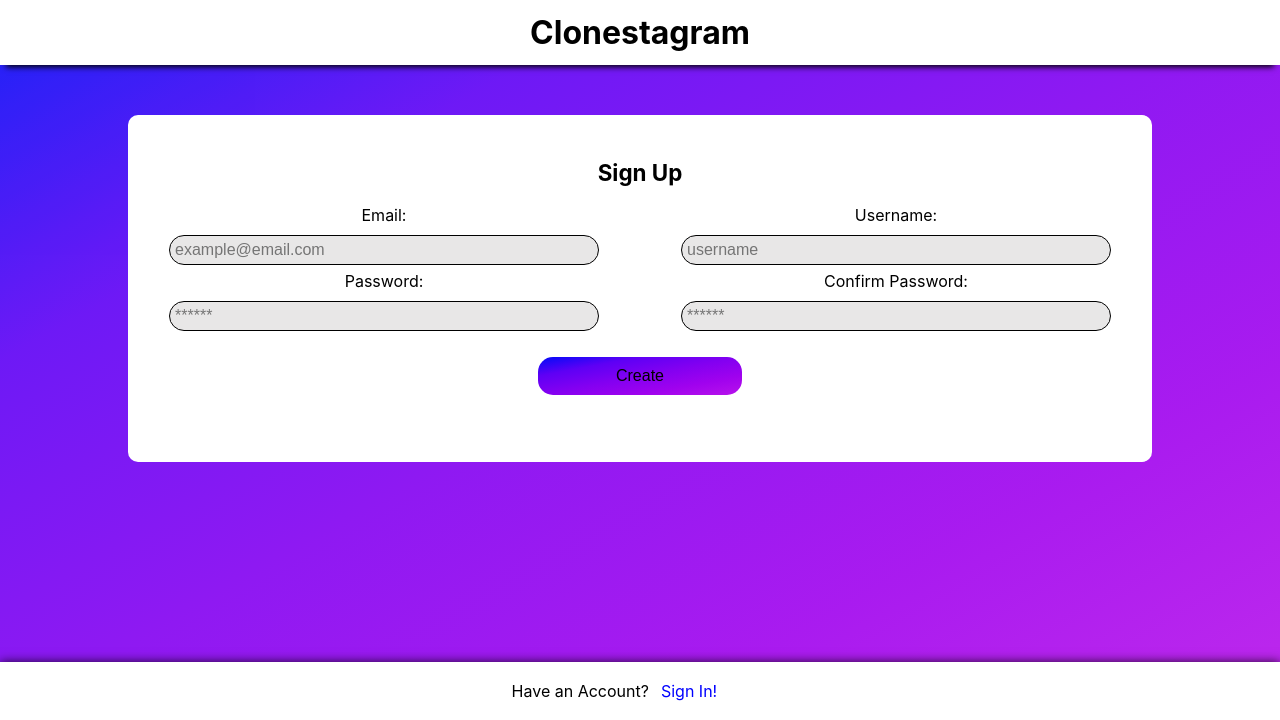
Repository: MikeMoore55/clonestagram
Page: /signup
The author's editor kept a copy of each file at every save. The page is drawn from the files as they stood at one save, then again after the next save.
The browser window is 1280 px wide. The pictures show the whole page.
The page's requests for data from a server got no answer. The project was rebuilt for these pictures with package versions that can differ from the ones it lists, and the page was loaded fresh each time. The framework's server and built-in components were replaced by stand-ins that run in the browser. No one was signed in, and anything a server would have sent is missing. Also part of the build but not shown: next.config.js.

Above is the page before, as saved 2022-11-18 09:09:55.

After the next save:
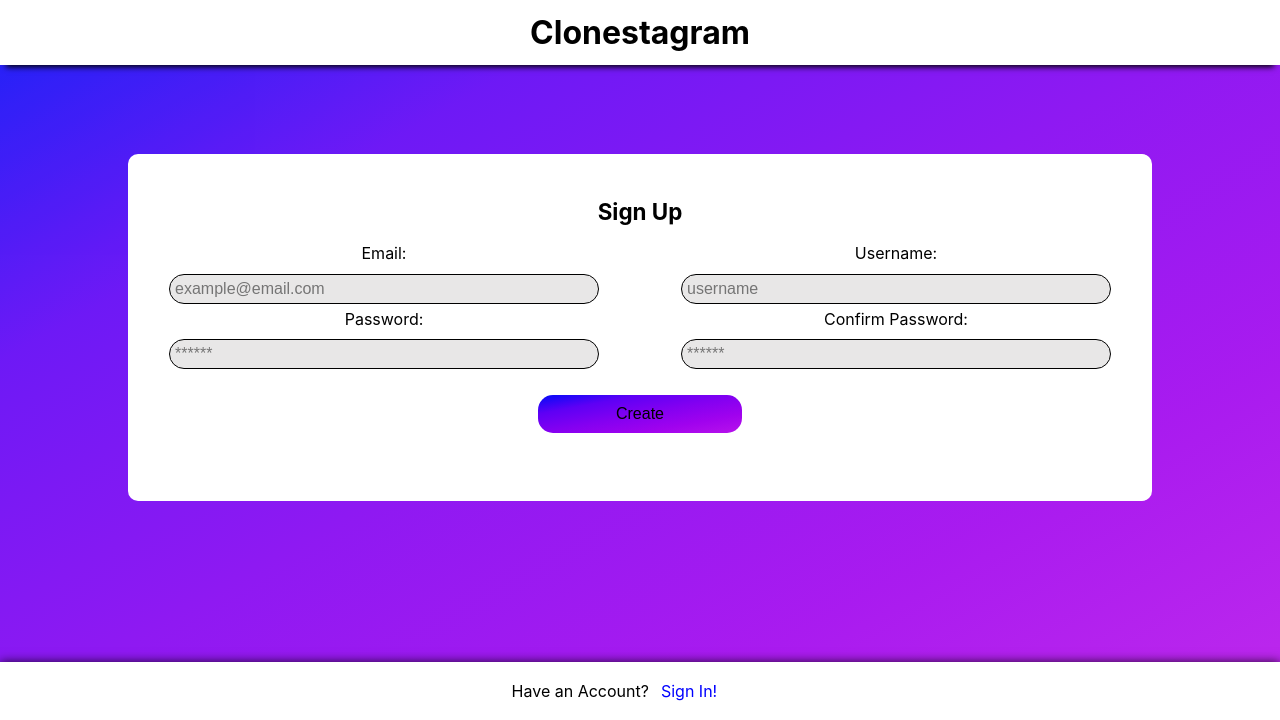
Saved 7 s later.
--- a/styles/SignUp.module.css
+++ b/styles/SignUp.module.css
@@ -148,7 +148,7 @@
 
 @media (min-width: 1000px) {
     .container {
-        padding-top: 7%;
+        padding-top: 10%;
     }
 
     .signUpForm {
